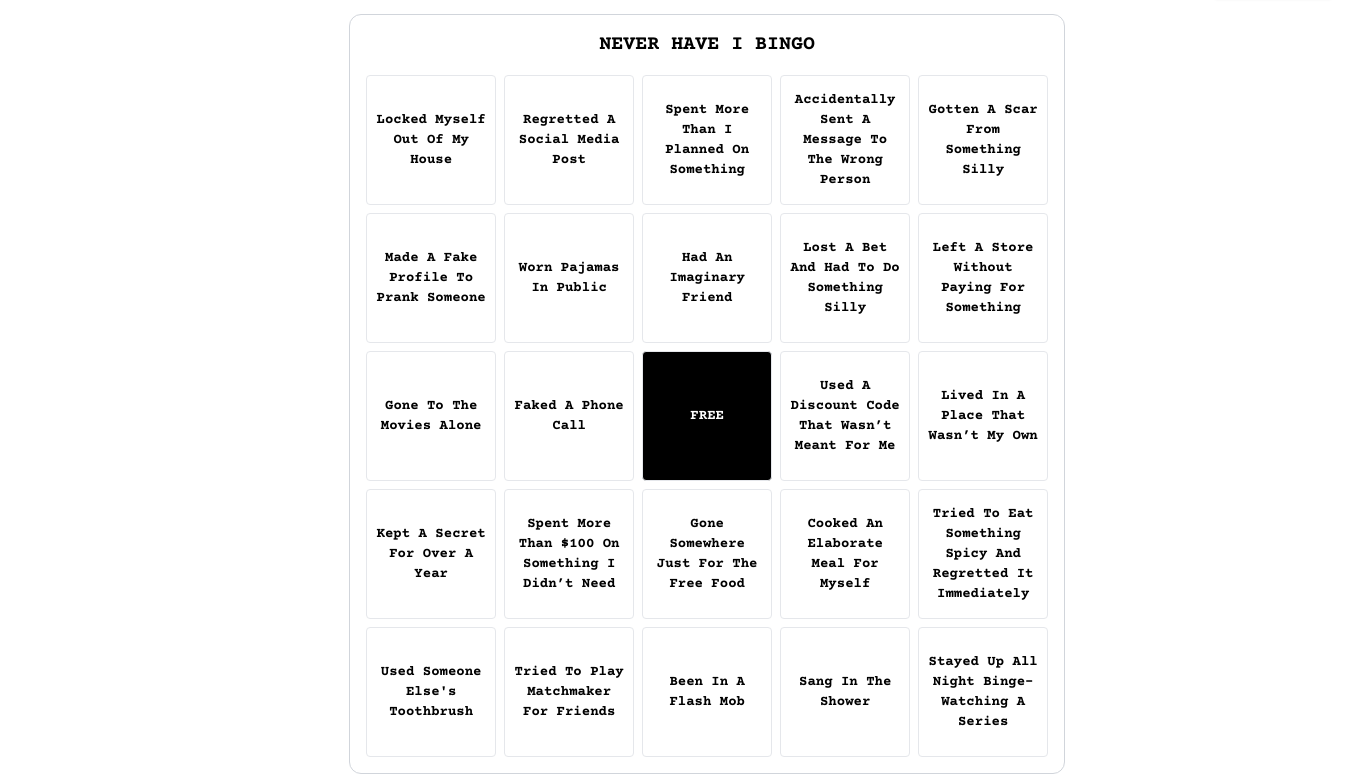
Repository: Jeysmeister/sensoryminds-bingo
Page: /
The author's editor kept a copy of each file at every save. The page is drawn from the files as they stood at one save, then again after the next save.
The browser window is 1280 px wide. The page is 1347 px wide, so the pictures cover 1347 px, including what lies to the right of the window. The pictures show the whole page.
The project was rebuilt for these pictures with package versions that can differ from the ones it lists, and the page was loaded fresh each time. The framework's server and built-in components were replaced by stand-ins that run in the browser. Also part of the build but not shown: next.config.ts.

Above is the page before, as saved 2024-11-12 17:57:12.

### app/layout.tsx
import type { Metadata } from "next";
import { Courier_Prime } from "next/font/google";
import "./globals.css";
import Header from "./components/Header";

export const metadata: Metadata = {
  title: "Never have I BINGO",
  description: "Sensory Minds Front-End Coding Challenge",
};

const courier = Courier_Prime({
  subsets: ["latin"],
  weight: ["400", "700"],
});

export default function RootLayout({
  children,
}: Readonly<{
  children: React.ReactNode;
}>) {
  return (
    <html lang="en">
      <body className={`${courier.className} antialiased`}>{children}</body>
    </html>
  );
}

### app/page.tsx
import { neverHaveIEverQuestions } from "@/data/questions";
import BingoCard from "./components/BingoCard";
import Header from "./components/Header";

export default function Home() {
  const getRandomQuestions = (count: number) => {
    const shuffled = [...neverHaveIEverQuestions].sort(() => 0.5 - Math.random());
    return shuffled.slice(0, count);
  };
  const questions = getRandomQuestions(24);
  return (
    <div className="flex w-screen">
      <div className="w-screen h-screen flex justify-center items-center text-white font-xl">WELCOME TO NEVER HAVE I BINGO</div>
      <div className="w-screen h-screen flex flex-col justify-center items-center">
        <Header />
        <BingoCard questions={questions} />
      </div>
    </div>
  );
}

### data/questions.ts
export const neverHaveIEverQuestions = [
  "laughed so hard I snorted",
  "eaten a whole pizza by myself",
  "stayed up all night binge-watching a series",
  "danced in the rain",
  "tried to learn another language just to impress someone",
  "accidentally texted the wrong person",
  "pretended to know a celebrity",
  "had a nightmare about work or school",
  "played a prank on a teacher or boss",
  "gone skinny dipping",
  "gotten lost in an amusement park",
  "been on a blind date",
  "pretended to be on a cooking show while making food",
  "locked myself out of my house",
  "forgotten an important anniversary or birthday",
  "tried a weird food combination that I ended up loving",
  "cried during a movie",
  "played a video game all night",
  "forgotten someone's name right after meeting them",
  "laughed at a joke I didn't get",
  "sung karaoke in public",
  "cried at a wedding",
  "been the last one awake at a sleepover",
  "tried to start a fire without matches or a lighter",
  "accidentally sent a message to the wrong person",
  "made up an excuse to get out of a date",
  "accidentally walked into the wrong restroom",
  "gotten a tattoo I regretted",
  "pretended to like a gift I didn't like",
  "been on a roller coaster",
  "cried during a song",
  "fainted in public",
  "had my phone fall in water",
  "pretended to be sick to skip school or work",
  "done a backflip",
  "lied to my best friend",
  "been scared of clowns",
  "cried at a concert",
  "sang in the shower",
  "had a crush on a teacher",
  "broken a bone",
  "eaten food that was still frozen",
  "gotten stitches",
  "driven a car",
  "ridden a motorcycle",
  "been to a haunted house",
  "been on TV",
  "been afraid of the dark",
  "been stuck in an elevator",
  "lost my wallet",
  "cooked an elaborate meal for myself",
  "accidentally broken a friend's item and didn't tell them",
  "regretted a social media post",
  "missed a flight",
  "forgotten my passport while traveling",
  "made a mess and left it for someone else to clean",
  "skipped school or work for a road trip",
  "written a poem for someone",
  "fallen asleep on public transportation and missed my stop",
  "said 'you too' when a cashier said 'enjoy your meal'",
  "been told I look like a celebrity",
  "stayed up all night talking to someone",
  "gone to a costume party as myself",
  "bought something just for the packaging",
  "tried to do the splits",
  "put something back on the shelf after deciding not to buy it",
  "worn pajamas in public",
  "ordered an item of food just to take a picture of it",
  "walked into a glass door",
  "gone somewhere just for the free food",
  "tried a dance move from a music video",
  "lost something important and found it years later",
  "kept a plant alive for over a year",
  "given a fake name at a coffee shop",
  "forgotten where I parked my car",
  "forgotten my own phone number",
  "sent a text while angry that I regretted later",
  "watched an entire series in a single day",
  "had a song stuck in my head for days",
  "missed an important event because I overslept",
  "gotten sunburned so badly I peeled",
  "tried to ice skate and fallen",
  "been in a flash mob",
  "left a comment on a stranger's social media",
  "gone to the movies alone",
  "pretended to understand something I didn't",
  "stolen something small from a hotel",
  "broken a bone and not realized it immediately",
  "sent an email without proofreading it first",
  "taken a personality quiz online",
  "signed up for something I didn't want just for a freebie",
  "gotten a scar from something silly",
  "apologized to an object after bumping into it",
  "lost track of time while browsing the internet",
  "taken a selfie with a pet",
  "stayed in pajamas all day",
  "been seasick",
  "seen a ghost",
  "tried to play matchmaker for friends",
  "pretended I knew the words to a song",
  "kept a secret for over a year",
  "ate something weird just to prove I could",
  "looked up my own name on the internet",
  "changed my hairstyle on a whim",
  "put salt in coffee or tea by accident",
  "eaten a whole cake by myself",
  "watched a movie and fell asleep halfway through",
  "had an imaginary friend",
  "been to a concert",
  "eaten food that was past its expiration date",
  "accidentally called someone by the wrong name",
  "broken something expensive and blamed it on someone else",
  "spent more than $100 on something I didn’t need",
  "used someone else's toothbrush",
  "tried to eat something spicy and regretted it immediately",
  "posted something embarrassing online",
  "tried to flirt and failed miserably",
  "lied about my age",
  "been on a dating app",
  "used a fake ID",
  "faked being sick to avoid something",
  "lived in a place that wasn’t my own",
  "kept something from my childhood",
  "had a pet that wasn’t a dog or cat",
  "faked a phone call",
  "ate something because it was trendy",
  "thought I was going to die at some point",
  "slept through an alarm",
  "danced in front of a mirror",
  "sang in front of a mirror",
  "had a food fight",
  "tried to become friends with someone just because they were popular",
  "stalked someone on social media",
  "tried to break up with someone but didn’t",
  "had a crush on a fictional character",
  "joined a group just to get discounts",
  "told someone a secret and regretted it",
  "ate something I didn’t like to be polite",
  "cheated on a test",
  "used a burner phone",
  "felt awkward in a social setting",
  "kept a childhood toy",
  "threw a surprise party for someone",
  "accidentally walked into a room full of people while I was on a video call",
  "joined a club to meet new people",
  "went on a blind date",
  "helped a friend cheat on an exam",
  "had a weird pet",
  "forgotten to charge my phone",
  "called in sick to work when I wasn’t",
  "been caught stealing something",
  "tried to take a shortcut that ended up being longer",
  "left a store without paying for something",
  "made a fake profile to prank someone",
  "kept a really embarrassing thing secret from my family",
  "met someone famous",
  "slept through an important meeting",
  "had a crush on a teacher",
  "sang in public",
  "had a bad haircut and didn’t tell anyone",
  "used a dating app without success",
  "snuck into a movie",
  "made a prank phone call",
  "used someone’s Netflix account without permission",
  "went on a vacation alone",
  "used a discount code that wasn’t meant for me",
  "accidentally wore mismatched socks",
  "tried a weird life hack that didn’t work",
  "got scammed online",
  "eaten an entire chocolate bar in one sitting",
  "seen something creepy and didn’t tell anyone",
  "been told to be quiet in a library",
  "been to a theme park with friends",
  "gotten in trouble for something I didn’t do",
  "had a fashion disaster",
  "was a picky eater when I was younger",
  "accidentally liked an old photo on social media",
  "wore sunglasses inside",
  "stayed up late for no reason",
  "had an awkward family gathering",
  "been called out in a public place",
  "tried to impress someone and failed",
  "lost a bet and had to do something silly",
  "said something inappropriate in front of my parents",
  "been to a concert of a band I didn’t like",
  "laughed during a serious moment",
  "tried to sell something I didn’t need",
  "talked to someone only to realize I had met them before",
  "tried to skip a line and got caught",
  "ate food that was not prepared by me",
  "tried to fix something and made it worse",
  "was shocked by something that turned out to be a prank",
  "pretended to be asleep when someone walked in",
  "had a crush on someone for a long time without telling them",
  "spent too much money on coffee",
  "missed a major event because I overslept",
  "sent a message to the wrong person by accident",
  "accidentally made an embarrassing sound in public",
  "looked up how to do something but still couldn’t",
  "tried to impress someone with a talent I didn’t have",
  "tried a food that sounded good but tasted bad",
  "was caught talking to myself in public",
  "made a mess and didn’t clean it up",
  "was caught eavesdropping on a conversation",
  "spent more than I planned on something",
  "told someone I was busy when I wasn’t",
  "went somewhere just for the food",
  "tried to act cool but failed",
  "lost something and then found it in a place I looked earlier",
  "spent an entire day in my pajamas",
  "tried a DIY project and it turned out horrible",
  "pretended to be an expert at something",
  "laughed at a joke I didn’t understand",
  "accidentally sent a text with a typo to my boss",
  "talked to someone for a while only to realize they weren’t who I thought",
  "tried to speak another language and failed",
  "got caught in a lie",
  "accidentally said something inappropriate",
  "pretended to know how to drive but didn’t",
  "lost my phone and found it in the last place I looked",
  "ate something and immediately regretted it",
  "been surprised by a surprise party",
  "sung a song in the car like it was a concert",
  "pretended to be sick to avoid work",
  "had a pet that I wasn’t responsible for",
  "been on a reality TV show",
  "eaten a whole bag of chips in one sitting",
  "watched something on Netflix that was totally embarrassing",
  "forgotten to reply to a message for a week",
  "gotten lost and found my way by asking for directions",
  "been embarrassed by my own joke",
  "told a bad joke that no one laughed at",
  "forgotten my own birthday",
  "failed a simple task",
  "been caught stealing something small",
  "spied on someone without their knowledge",
  "drank coffee at midnight",
  "accidentally sent a selfie to the wrong person",
  "made a huge mistake at work",
  "accidentally dyed my hair a weird color",
  "acted like I knew something but didn’t",
  "forgotten where I put my phone",
  "told a fib that backfired",
  "shared a secret that wasn’t mine to share",
];

### app/components/BingoCard.tsx
"use client";

import { possibleWins } from "@/data/possibleWins";
import { useEffect, useState } from "react";
import BingoItem from "./BingoItem";
import { motion } from "framer-motion";

const container = {
  hidden: { opacity: 1, scale: 0 },
  visible: {
    opacity: 1,
    scale: 1,
    transition: {
      delayChildren: 0.3,
      staggerChildren: 0.2,
    },
  },
};

const child = {
  hidden: { y: 20, opacity: 0 },
  visible: {
    y: 0,
    opacity: 1,
  },
};

const BingoCard = ({ questions }: { questions: string[] }) => {
  const [marked, setMarked] = useState<number[]>([12]);
  const grid = [...questions.slice(0, 12), "FREE", ...questions.slice(12)];
  const checkForWin = (markedBoxes: number[]) => {
    return possibleWins.some((combination) => combination.every((index) => markedBoxes.includes(index)));
  };
  useEffect(() => {
    console.log(marked);
    const win = checkForWin(marked);
    if (win) {
      console.log("WINNER");
    }
  }, [marked]);

  return (
    <motion.div variants={container} initial="hidden" animate="visible" className="border border-gray-300 p-4 pt-0 rounded-xl">
      <div className="flex w-full justify-center items-center py-4 text-xl font-extrabold">NEVER HAVE I BINGO</div>
      <div className="max-w-[800px] max-h-[800px] grid grid-cols-5 gap-2">
        {grid.map((item, index) => (
          <motion.div variants={child}>
            <BingoItem key={index} index={index} item={item} marked={marked} setMarked={setMarked} />
          </motion.div>
        ))}
      </div>
    </motion.div>
  );
};

export default BingoCard;

### app/components/Header.tsx
import { Button } from "@/components/ui/button";

const Header = () => {
  return (
    <div className="p-4 w-screen flex justify-between items-center">
      <div className="text-xl">NEVER HAVE I BINGO</div>
      <Button className="font-extrabold">Next Round</Button>
    </div>
  );
};

export default Header;

### data/possibleWins.ts
export const possibleWins = [
  // Rows
  [0, 1, 2, 3, 4], // Row 1
  [5, 6, 7, 8, 9], // Row 2
  [10, 11, 12, 13, 14], // Row 3
  [15, 16, 17, 18, 19], // Row 4
  [20, 21, 22, 23, 24], // Row 5

  // Columns
  [0, 5, 10, 15, 20], // Column 1
  [1, 6, 11, 16, 21], // Column 2
  [2, 7, 12, 17, 22], // Column 3
  [3, 8, 13, 18, 23], // Column 4
  [4, 9, 14, 19, 24], // Column 5

  // Diagonals
  [0, 6, 12, 18, 24], // Diagonal 1
  [4, 8, 12, 16, 20], // Diagonal 2
];

### app/components/BingoItem.tsx
"use client";

import { useState } from "react";
import { motion } from "framer-motion";

const BingoItem = ({ index, item, marked, setMarked }: { index: number; item: string; marked: number[]; setMarked: (value: number[]) => void }) => {
  const [active, setActive] = useState(item === "FREE" ? true : false);
  const handleClick = (index: number) => {
    if (item !== "FREE") {
      const newActive = !active;
      if (newActive) {
        setActive(newActive);
        setMarked([...marked, index]);
      } else {
        setActive(newActive);
        const indexOfItem = marked.indexOf(index);
        setMarked([...marked.splice(0, indexOfItem), ...marked.splice(indexOfItem)]);
      }
    }
  };
  return (
    <motion.div
      initial={{ backgroundColor: "#ffffff" }}
      animate={{
        backgroundColor: active ? "#000000" : "#ffffff",
      }}
      transition={{ duration: 0.5 }}
      key={index}
      className={`relative flex items-center justify-center p-2 h-[130px] w-[130px] border border-gray-200 rounded ${active ? "bg-black text-white" : "bg-white text-black"} cursor-pointer`}
      onClick={() => handleClick(index)}
    >
      <p className="text-center text-sm font-extrabold capitalize">{item}</p>
    </motion.div>
  );
};

export default BingoItem;

### components/ui/button.tsx
import * as React from "react"
import { Slot } from "@radix-ui/react-slot"
import { cva, type VariantProps } from "class-variance-authority"

import { cn } from "@/lib/utils"

const buttonVariants = cva(
  "inline-flex items-center justify-center gap-2 whitespace-nowrap rounded-md text-sm font-medium transition-colors focus-visible:outline-none focus-visible:ring-1 focus-visible:ring-ring disabled:pointer-events-none disabled:opacity-50 [&_svg]:pointer-events-none [&_svg]:size-4 [&_svg]:shrink-0",
  {
    variants: {
      variant: {
        default:
          "bg-primary text-primary-foreground shadow hover:bg-primary/90",
        destructive:
          "bg-destructive text-destructive-foreground shadow-sm hover:bg-destructive/90",
        outline:
          "border border-input bg-background shadow-sm hover:bg-accent hover:text-accent-foreground",
        secondary:
          "bg-secondary text-secondary-foreground shadow-sm hover:bg-secondary/80",
        ghost: "hover:bg-accent hover:text-accent-foreground",
        link: "text-primary underline-offset-4 hover:underline",
      },
      size: {
        default: "h-9 px-4 py-2",
        sm: "h-8 rounded-md px-3 text-xs",
        lg: "h-10 rounded-md px-8",
        icon: "h-9 w-9",
      },
    },
    defaultVariants: {
      variant: "default",
      size: "default",
    },
  }
)

export interface ButtonProps
  extends React.ButtonHTMLAttributes<HTMLButtonElement>,
    VariantProps<typeof buttonVariants> {
  asChild?: boolean
}

const Button = React.forwardRef<HTMLButtonElement, ButtonProps>(
  ({ className, variant, size, asChild = false, ...props }, ref) => {
    const Comp = asChild ? Slot : "button"
    return (
      <Comp
        className={cn(buttonVariants({ variant, size, className }))}
        ref={ref}
        {...props}
      />
    )
  }
)
Button.displayName = "Button"

export { Button, buttonVariants }

Loaded but not shown: app/globals.css (common file); lib/utils.ts (common file); tailwind.config.ts (common file)

After the next save:
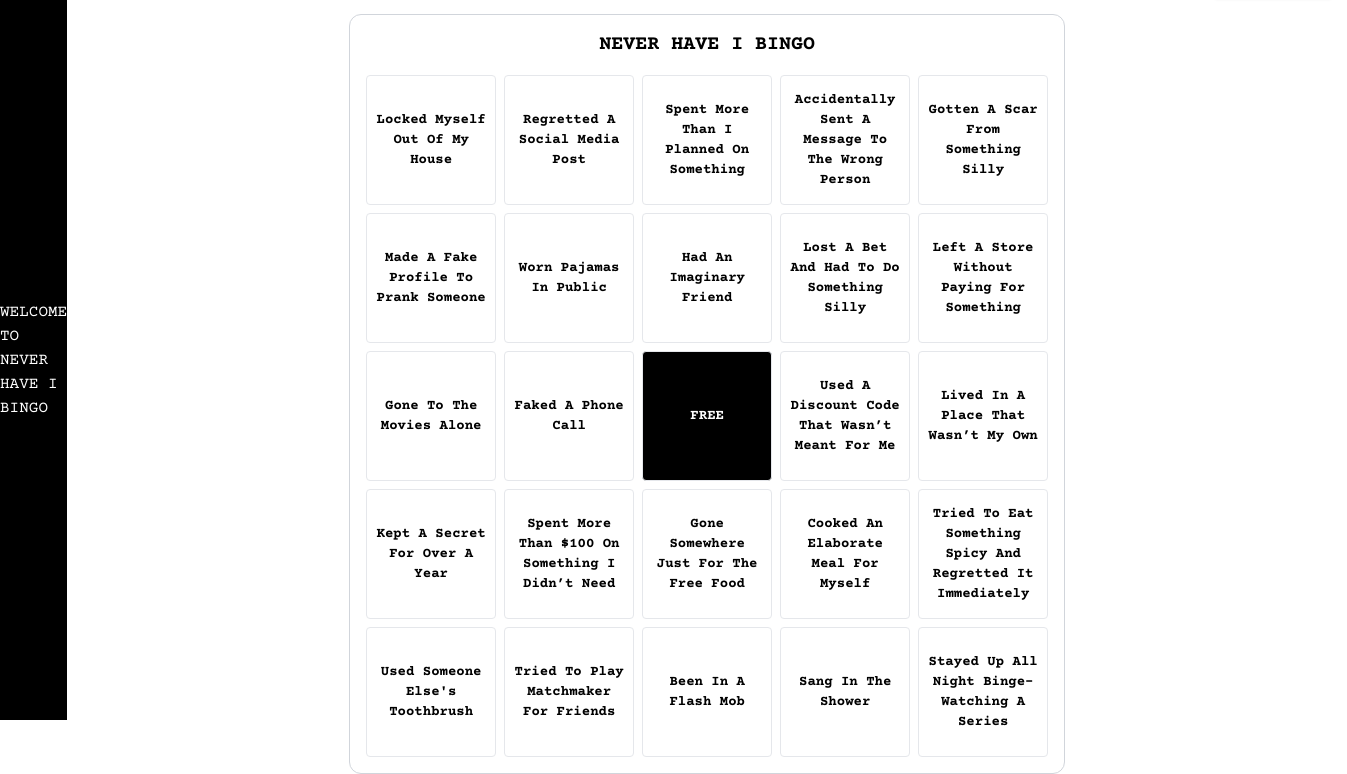
Saved 14 s later.
--- a/app/page.tsx
+++ b/app/page.tsx
@@ -10,7 +10,7 @@ export default function Home() {
   const questions = getRandomQuestions(24);
   return (
     <div className="flex w-screen">
-      <div className="w-screen h-screen flex justify-center items-center text-white font-xl">WELCOME TO NEVER HAVE I BINGO</div>
+      <div className="w-screen h-screen flex justify-center items-center text-white font-xl bg-black">WELCOME TO NEVER HAVE I BINGO</div>
       <div className="w-screen h-screen flex flex-col justify-center items-center">
         <Header />
         <BingoCard questions={questions} />
